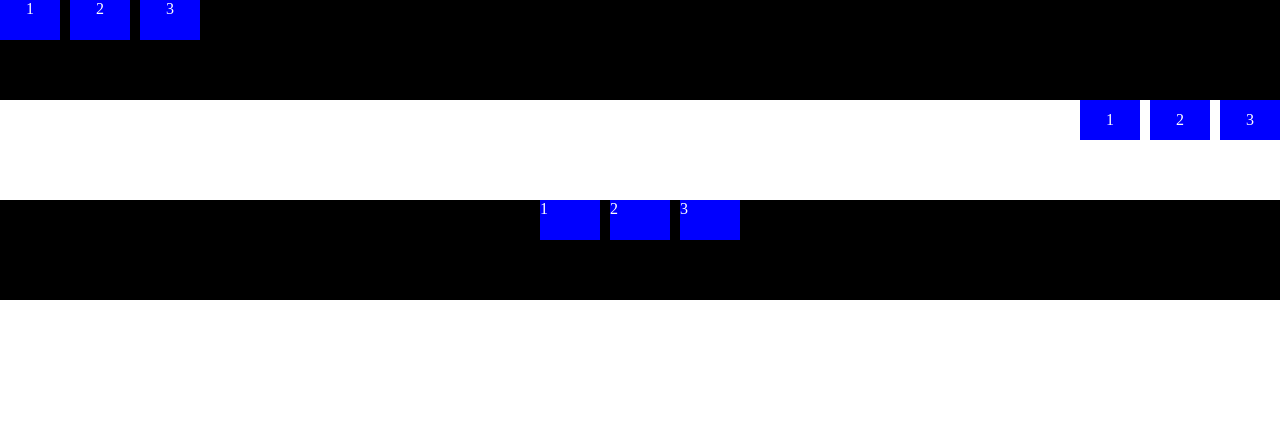
Repository: Elesion08/flexbox
Page: index.html
The author's editor kept a copy of each file at every save. The page is drawn from the files as they stood at one save, then again after the next save.
The browser window is 1280 px wide. The pictures show the whole page.

Above is the page before, as saved 2025-04-14 11:32:31.

### index.html
<!DOCTYPE html>
<html lang="pt-br">
<head>
    <meta charset="UTF-8">
    <meta name="viewport" content="width=device-width, initial-scale=1.0">
    <title>Flexbox - AULA 04</title>
    <link rel="stylesheet" href="style.css">
</head>
<body>
    <div class="container">
        <div class="container__card1">
            <div class="box1">1</div>
            <div class="box1">2</div>
            <div class="box1">3</div>
        </div>
        <div class="container__card2">
            <div class="box2">1</div>
            <div class="box2">2</div>
            <div class="box2">3</div>
        </div>
        <div class="container__card3">
            <div class="box3">1</div>
            <div class="box3">2</div>
            <div class="box3">3</div>
        </div>
    </div>
</body>
</html>

### style.css
* {
    margin: 0;
    padding: 0;
    height: 100vh;
    width: 100%;
    box-sizing: border-box;
}

.container__card1 {
    /*Deixar os itens flexiveis em suas posições*/
    display: flex;
    /*cor de fundo da div*/
    background-color: black;
    /*Distância entre os elementos filhos*/
    gap: 10px;
    /*altura do elemento*/
    height: 100px;
}

.box1 {
    /*Alinha o texto horizontalmente no centro*/
    text-align: center;
    color: white;
    background-color: blue;
    height: 40px;
    width: 60px;
}

.container__card2 {
    display: flex;
    background-color: white;
    height: 100px;
    justify-content: flex-end;
    gap: 10px;

}

.box2 {

    display: flex;
    justify-content: center;
    /*Alinha os itens verticamente no centro*/
    align-items: center;
    color: white;
    background-color: blue;
    height: 40px;
    width: 60px;
}

.container__card3 {
    /*Deixar os itens flexiveis em suas posições*/
    display: flex;
    /*Centraliza os elementos filhos*/
    justify-content: center;
    /*cor de fundo da div*/
    background-color: black;
    /*Distância entre os elementos filhos*/
    gap: 10px;
    /*altura do elemento*/
    height: 100px;
}

.box3 {
    color: white;
    background-color: blue;
    height: 40px;
    width: 60px;
}

After the next save:
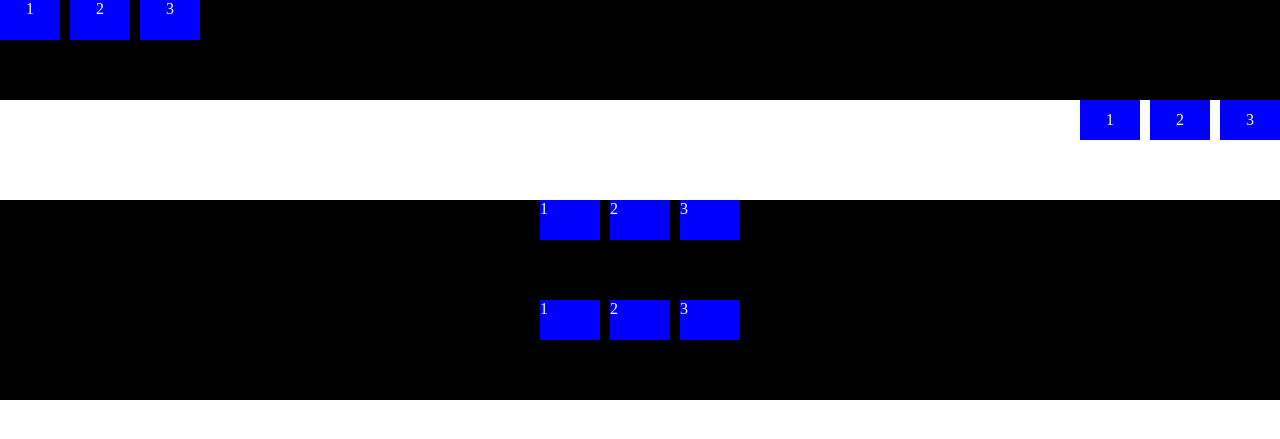
Saved 5 min 17 s later.
--- a/index.html
+++ b/index.html
@@ -23,6 +23,11 @@
             <div class="box3">2</div>
             <div class="box3">3</div>
         </div>
+        <div class="container__card3">
+            <div class="box3">1</div>
+            <div class="box3">2</div>
+            <div class="box3">3</div>
+        </div>
     </div>
 </body>
 </html>
